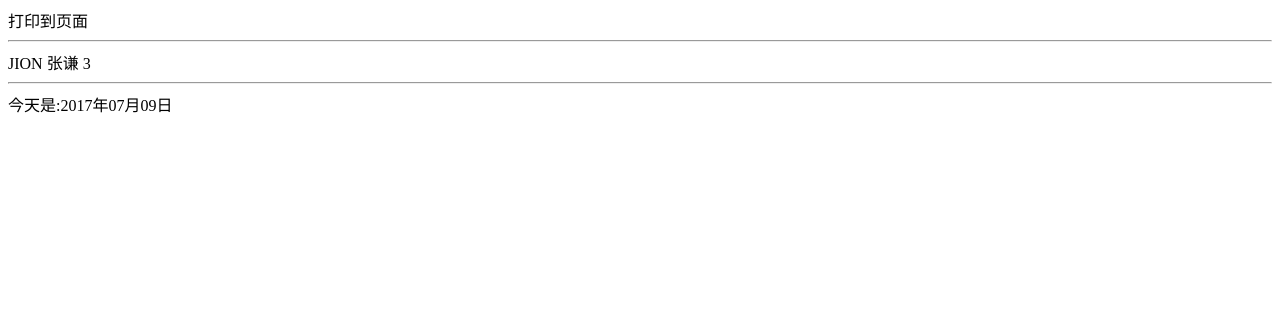
Repository: jionjion/JAVA_WorkSpace
Page: http://localhost/ServletClient/modules/jspBase/base.jsp
The author's editor kept a copy of each file at every save. The page is drawn from the files as they stood at one save, then again after a run of saves.
The browser window is 1280 px wide. The pictures show the whole page.
The page is served by Tomcat 9.

Above is the page before, as saved 2017-07-10 13:13:29.

After the next 2 saves:
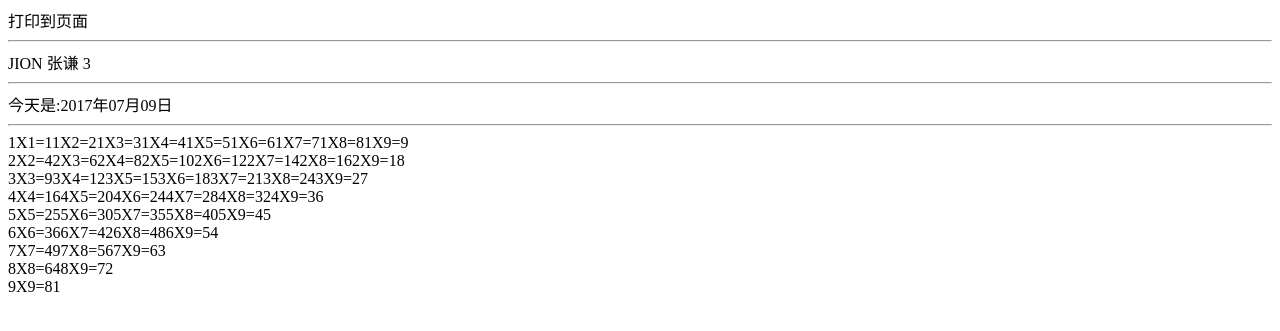
The 2 saves are shown as one change because 1 did not build or start.
The last was saved 4 min 56 s later.
--- a/ServletClient/WebContent/modules/jspBase/base.jsp
+++ b/ServletClient/WebContent/modules/jspBase/base.jsp
@@ -37,5 +37,15 @@
 	<hr>
 
 	今天是:<%= new SimpleDateFormat("YYYY年MM月dd日").format(new Date()) %>
+	<hr>
+
+	<%
+		for(int i = 1 ; i<=9 ; i++){
+			for(int j = i ; j<=9 ; j++){
+				out.print(i+"X"+j+"="+(i*j));
+			}
+			out.print("</br>");
+		}
+	%>
 </body>
 </html>
